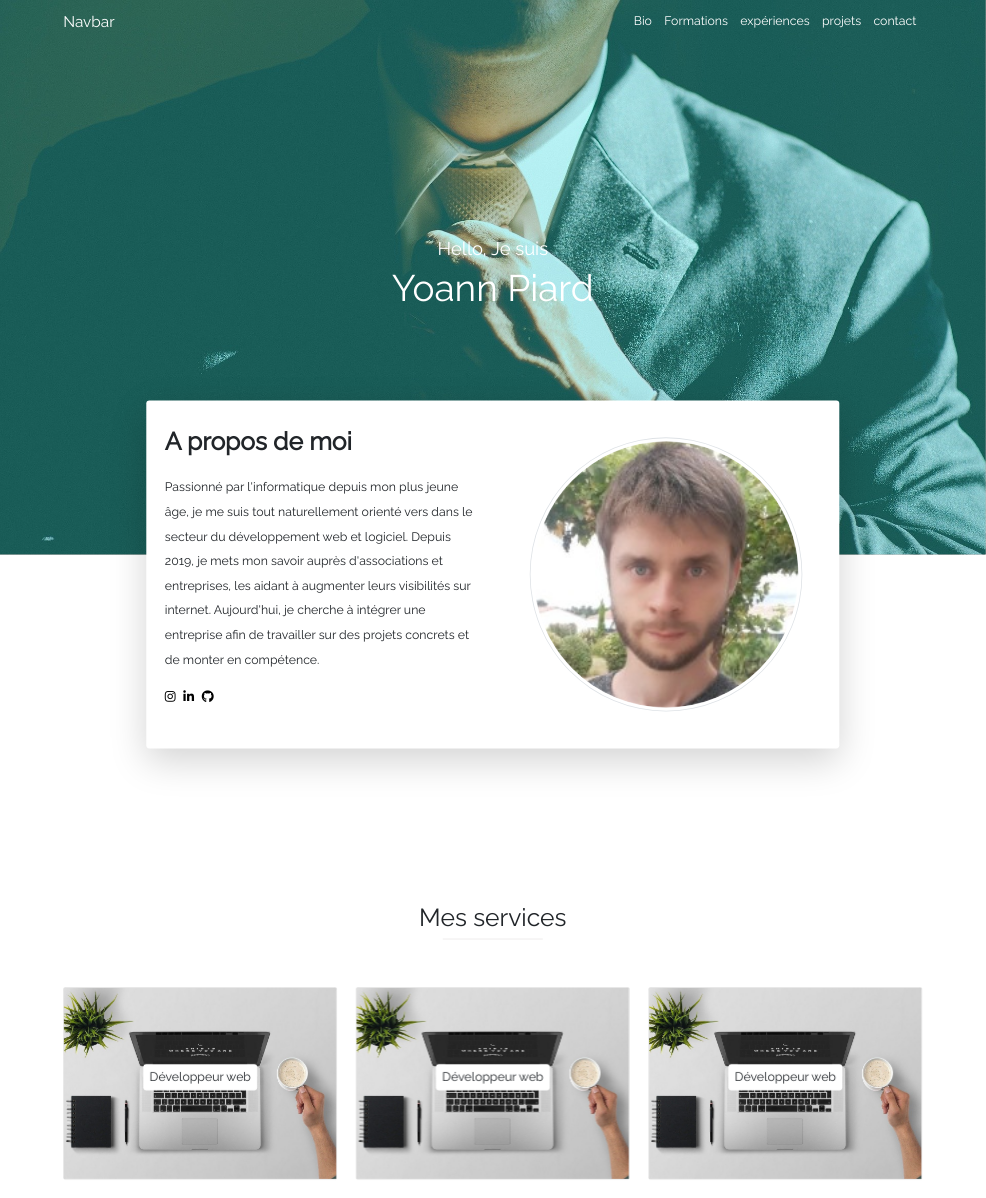
Repository: ypiard85/port-folio-bootstrap-yoann-2021
Page: index.html
These files come from the project's save history. The page is drawn as it stood at one moment and after the next save; the edit follows.
The browser window is 1280 px wide. The pictures show the whole page, at 77% of full size.
The pointer rests on the first visible `.card__face--back`.

Above is the page before, as saved 2021-03-09 17:48:32.
Console error: TypeError: window.onload is not a function

After the next save:
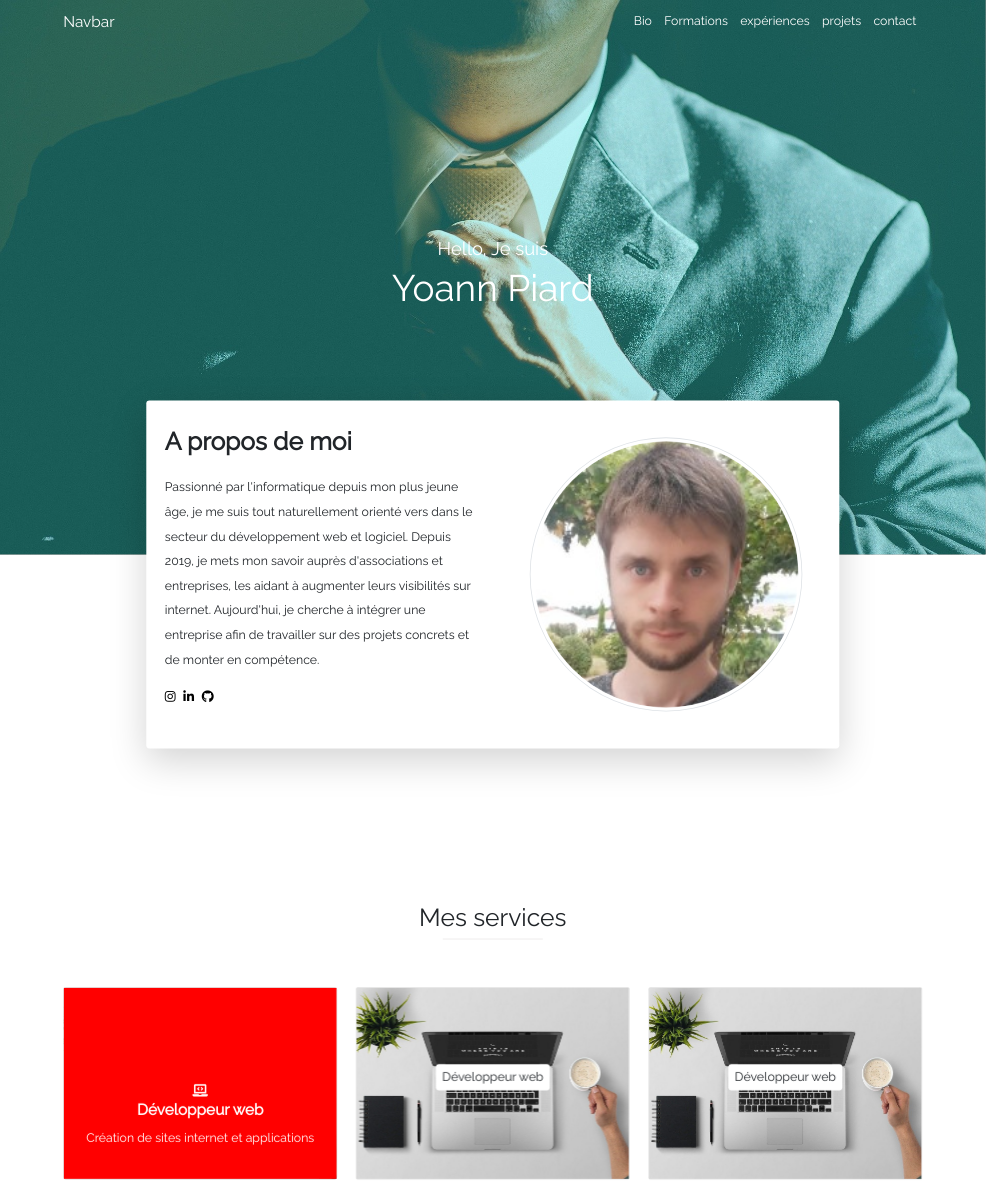
Saved 11 s later.
--- a/resource/style.css
+++ b/resource/style.css
@@ -157,6 +157,6 @@ header h1{
     transform-style: preserve-3d;
   }
 
-  .card__face--back:hover .card__face--back *{
+  .card__face--back:hover{
     transform: translateY(0px);
 }
